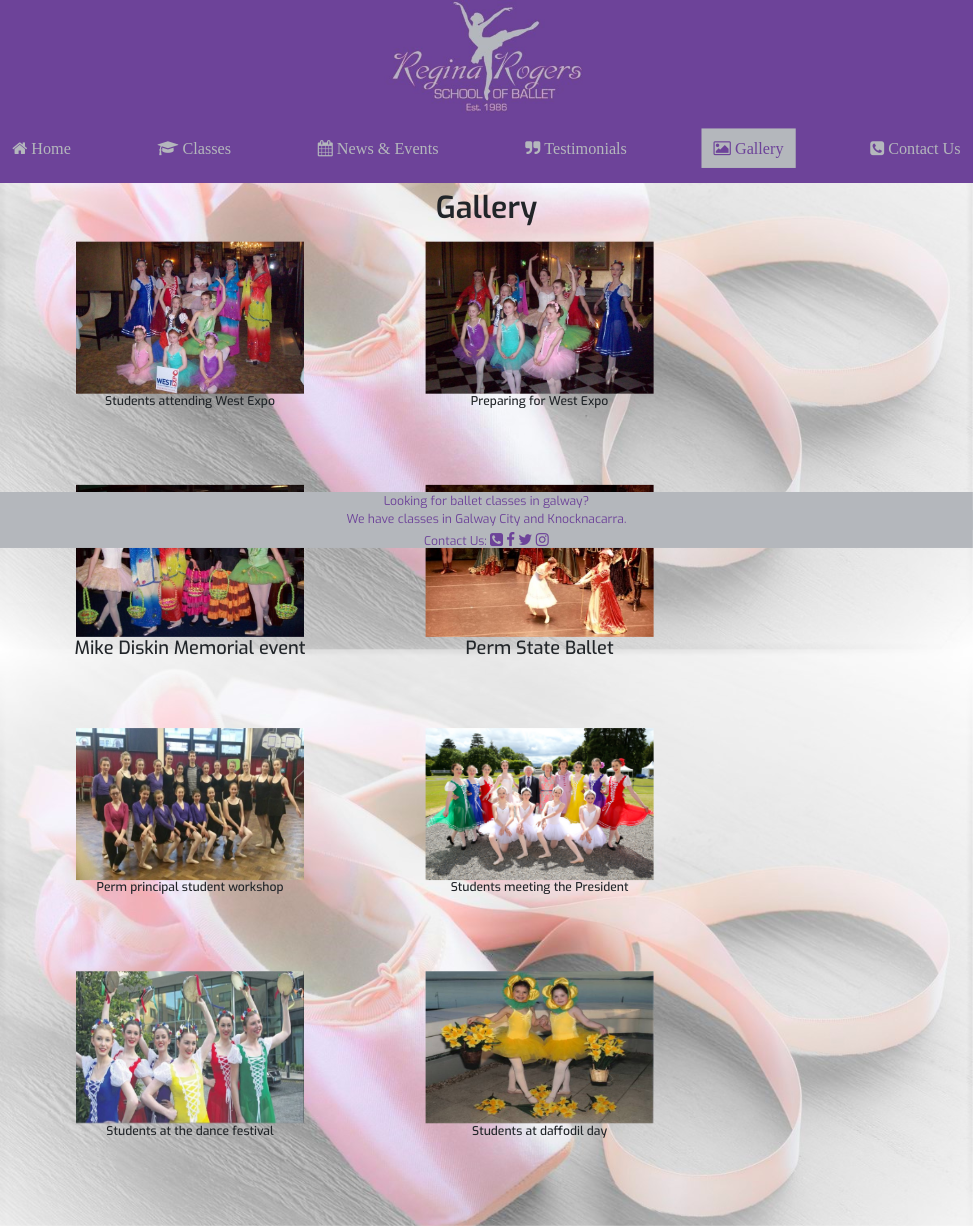
Repository: davidtmiller2010/galwayballet
Page: Gallery.html
The author's editor kept a record of every edit. The page is drawn from the files as they stood at one moment, then again after the next edit.
The browser window is 1280 px wide. The pictures show the whole page, at 76% of full size.

Above is the page before.

After the next edit:
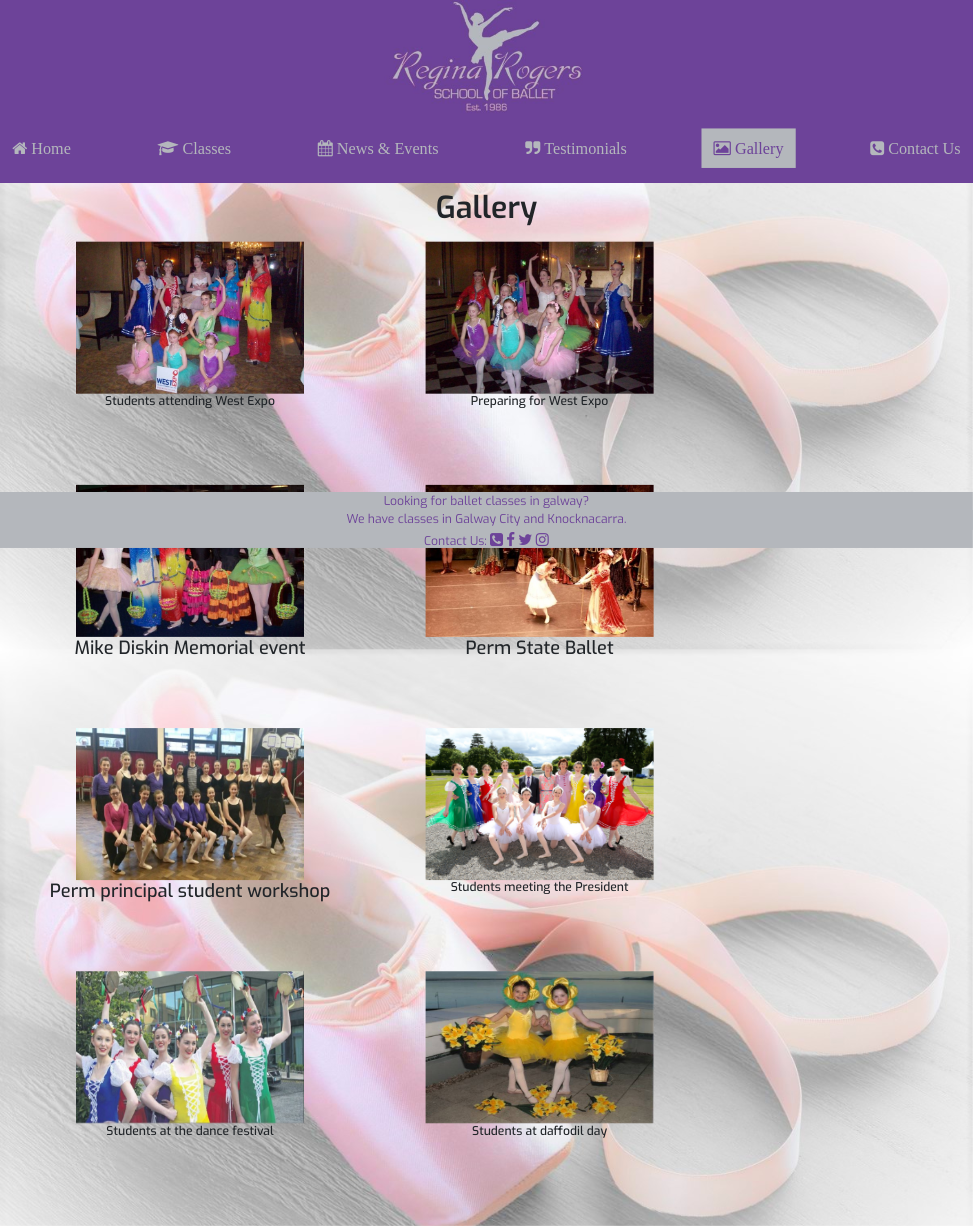
The edit:
--- a/Gallery.html
+++ b/Gallery.html
@@ -50,7 +50,7 @@
             </div>
             <div class="gallery text-center">
                 <img src="assets/images/vitaliystudents.jpg" alt="vitaliy students" width=300 height=200>
-                <h6>Perm principal student workshop</h6>
+                <h4>Perm principal student workshop</h6>
             </div>
             <div class="gallery text-center">
                 <img src="assets/images/ARAS.jpg" alt="ARAS" width=300 height=200>
